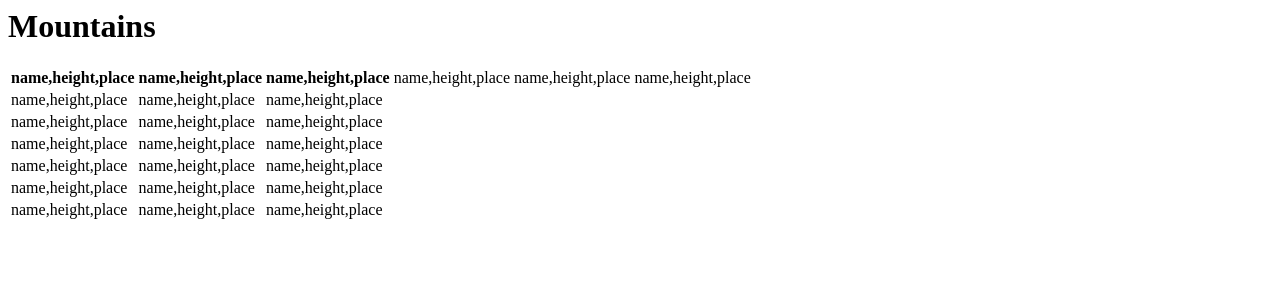
Repository: adamkonopka1991/Uni
Page: Kiez App/8.1/index.html
The author's editor kept a record of every edit. The page is drawn from the files as they stood at one moment, then again after the next edit.
The browser window is 1280 px wide. The pictures show the whole page.

Above is the page before.

### Kiez App/8.1/index.html
<h1>Mountains</h1>

<div id="mountains"></div>

    <script>
      const MOUNTAINS = [
        {name: "Kilimanjaro", height: 5895, place: "Tanzania"},
        {name: "Everest", height: 8848, place: "Nepal"},
        {name: "Mount Fuji", height: 3776, place: "Japan"},
        {name: "Vaalserberg", height: 323, place: "Netherlands"},
        {name: "Denali", height: 6168, place: "United States"},
        {name: "Popocatepetl", height: 5465, place: "Mexico"},
        {name: "Mont Blanc", height: 4808, place: "Italy/France"}
      ];

    function table(array)
    {
       let output= "<table>";
       let keys= ["name","höhe","ort"];

       for(let i=0; i<array.length; i++)
       {

           output+= "<tr>";
           if(i==0)
           {
               for(let z=0; z<keys.length; z++)
               {
                   output+= "<th>"+Object.keys(array[i])+"</th>";
               }
           }
           for(let z=0; z<keys.length; z++)
               {
                   output+= "<td>"+Object.keys(array[i])+"</td>";
               }
           output+= "</tr>";

       }

       output+="</table>";

       return output;

    }

    let element=document.getElementById("mountains");

    element.innerHTML=table(MOUNTAINS);


    </script>



</div>

After the next edit:
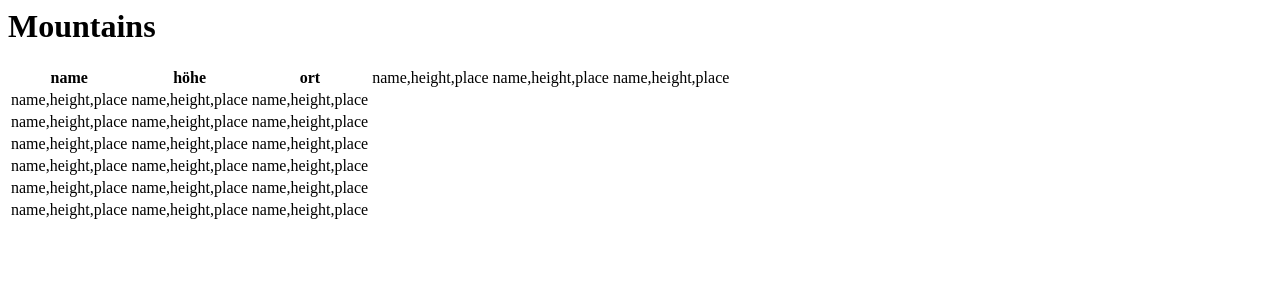
The edit:
--- a/Kiez App/8.1/index.html
+++ b/Kiez App/8.1/index.html
@@ -26,7 +26,7 @@
            {
                for(let z=0; z<keys.length; z++)
                {
-                   output+= "<th>"+Object.keys(array[i])+"</th>";
+                   output+= "<th>"+keys[z]+"</th>";
                }
            }
            for(let z=0; z<keys.length; z++)
